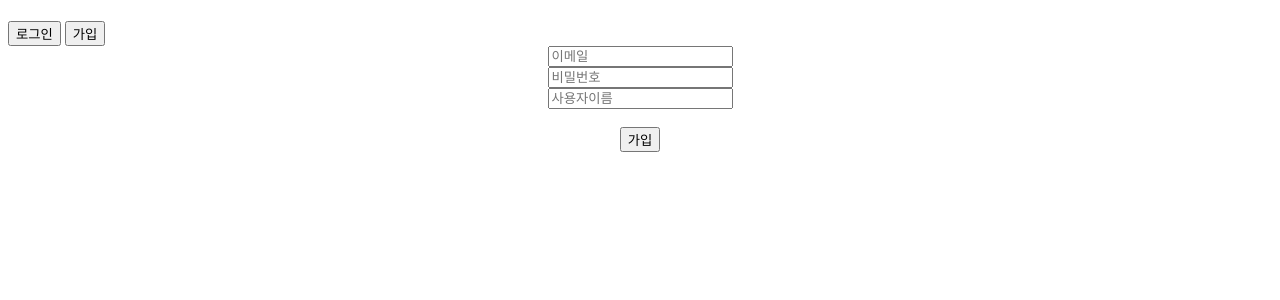
Repository: trapezer84/JSP
Page: http://localhost/AEB_JavaProgramming/
These files come from the project's save history. The page is drawn as it stood at one moment and after the next save; the edit follows.
The browser window is 1280 px wide. The pictures show the whole page.
The page is served by Tomcat 9. Other server files are loaded and not shown.

Above is the page before, as saved 2016-02-05 08:16:13.

### AEB_JavaProgramming/WebContent/index.jsp
<%@ page language="java" contentType="text/html; charset=UTF-8"
    pageEncoding="UTF-8"%>
<!DOCTYPE html>
<html>
<head>
<meta http-equiv="Content-Type" content="text/html; charset=UTF-8">
<title>Insert title here</title>
<style>
.joinformat {

}
</style>

</head>
<body>

<div>
	<h1> </h1>
</div>

<div>
	<button type="submit">로그인</button>
	<button type="submit">가입</button>
</div>

<div align="center">
	<form method="post" id="jointag">
	<div class="">
		 <input id="joinemail" type="email" placeholder="이메일"  style="display:block"/>
		 <input id="joinpassword" type="password" placeholder="비밀번호" style="display:block"/>
		 <input id="joinusername" type="text" placeholder="사용자이름" style="display:block"/>
	</div>
		<br />
		<button type="submit">가입</button>
	</form>
</div>



</body>
</html>

After the next save:
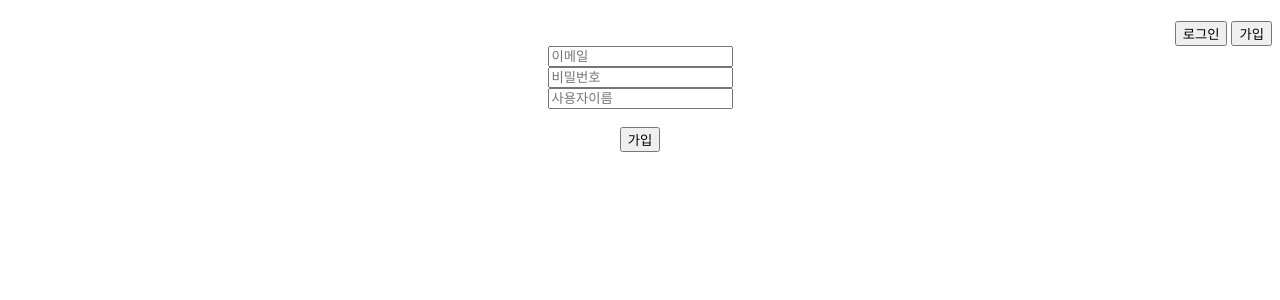
Saved 29 s later.
--- a/AEB_JavaProgramming/WebContent/index.jsp
+++ b/AEB_JavaProgramming/WebContent/index.jsp
@@ -18,7 +18,7 @@
 	<h1> </h1>
 </div>
 
-<div>
+<div align="right">
 	<button type="submit">로그인</button>
 	<button type="submit">가입</button>
 </div>
